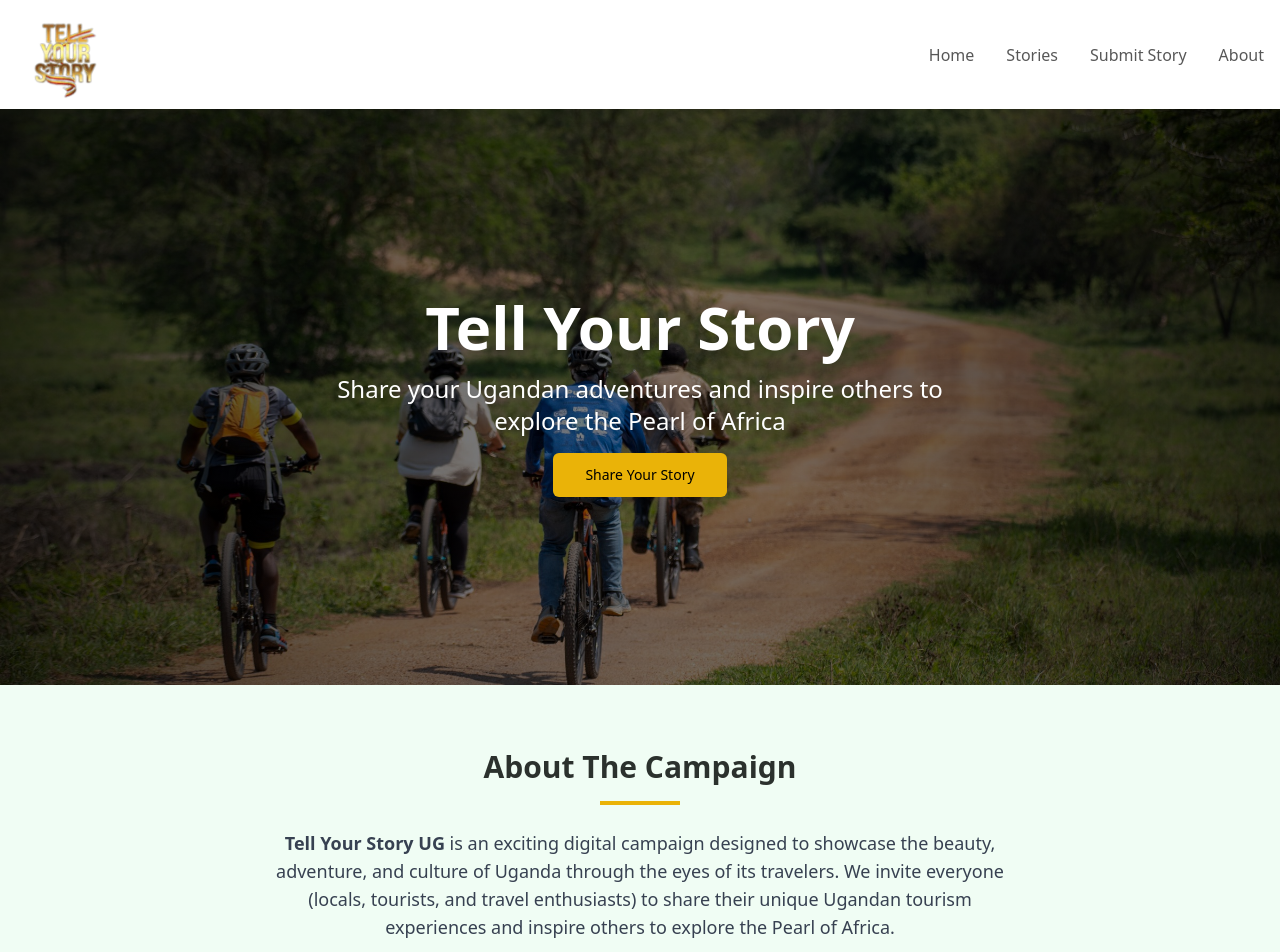
Repository: kaizoku010/take.part
Page: /
The author's editor kept a copy of each file at every save. The page is drawn from the files as they stood at one save, then again after a run of saves.
The browser window is 1280 px wide. The pictures show the part of the page from y = 0 to 952 px (the page is 3588 px tall).
Backgrounds fixed to the window are drawn as part of the page. The project was rebuilt for these pictures with package versions that can differ from the ones it lists, and the page was loaded fresh each time. Also part of the build but not shown: vite.config.ts, src/components/ui/tooltip.tsx, src/pages/About.tsx, src/components/ui/input.tsx, src/pages/Stories.tsx, src/pages/StoryDetail.tsx, src/components/ui/use-toast.ts, src/components/ui/label.tsx and 4 more.

Above is the page before, as saved 2025-04-14 15:40:10.

### index.html

<!DOCTYPE html>
<html lang="en">
  <head>
    <meta charset="UTF-8" />
    <meta name="viewport" content="width=device-width, initial-scale=1.0" />
    <title>TAKE PART</title>
    <meta name="description" content="Share your Ugandan tourism experiences and inspire others to explore the Pearl of Africa" />
    <meta name="author" content="muneza dixon" />

    <meta property="og:title" content="Tell Your Story UG - Explore Uganda" />
    <meta property="og:description" content="Share your Ugandan tourism experiences and inspire others to explore the Pearl of Africa" />

    <!-- Meta Pixel Code -->
    <script>
    !function(f,b,e,v,n,t,s)
    {if(f.fbq)return;n=f.fbq=function(){n.callMethod?
    n.callMethod.apply(n,arguments):n.queue.push(arguments)};
    if(!f._fbq)f._fbq=n;n.push=n;n.loaded=!0;n.version='2.0';
    n.queue=[];t=b.createElement(e);t.async=!0;
    t.src=v;s=b.getElementsByTagName(e)[0];
    s.parentNode.insertBefore(t,s)}(window, document,'script',
    'https://connect.facebook.net/en_US/fbevents.js');
    fbq('init', '1846327909352916');
    fbq('track', 'PageView');
    </script>
    <!-- End Meta Pixel Code -->
  </head>

  <body>
    <div id="root"></div>
    <!-- Facebook Pixel noscript -->
    <noscript><img height="1" width="1" style="display:none"
    src="https://www.facebook.com/tr?id=1846327909352916&ev=PageView&noscript=1"
    /></noscript>
    <!-- IMPORTANT: DO NOT REMOVE THIS SCRIPT TAG OR THIS VERY COMMENT! -->
    <script src="https://cdn.gpteng.co/gptengineer.js" type="module"></script>
    <script type="module" src="/src/main.tsx"></script>
  </body>
</html>

### src/App.tsx

import { Toaster } from "@/components/ui/toaster";
import { Toaster as Sonner } from "@/components/ui/sonner";
import { TooltipProvider } from "@/components/ui/tooltip";
import { QueryClient, QueryClientProvider } from "@tanstack/react-query";
import { BrowserRouter, Routes, Route } from "react-router-dom";
import Home from "./pages/Home";
import About from "./pages/About";
import Stories from "./pages/Stories";
import StoryDetail from "./pages/StoryDetail";
import SubmitStory from "./pages/SubmitStory";
import NotFound from "./pages/NotFound";
import "./mdx.css";
import "./mobile.css"

const queryClient = new QueryClient();

const App = () => (
  <QueryClientProvider client={queryClient}>
    <TooltipProvider>
      <Toaster />
      <Sonner />
      <BrowserRouter>
        <Routes>
          <Route path="/" element={<Home />} />
          <Route path="/about" element={<About />} />
          <Route path="/stories" element={<Stories />} />
          <Route path="/stories/:id" element={<StoryDetail />} />
          <Route path="/submit-story" element={<SubmitStory />} />
          {/* ADD ALL CUSTOM ROUTES ABOVE THE CATCH-ALL "*" ROUTE */}
          <Route path="*" element={<NotFound />} />
        </Routes>
      </BrowserRouter>
    </TooltipProvider>
  </QueryClientProvider>
);

export default App;

### src/index.css
@tailwind base;
@tailwind components;
@tailwind utilities;

@layer base {
  :root {
    --background: 0 0% 100%;
    --foreground: 222.2 84% 4.9%;

    --card: 0 0% 100%;
    --card-foreground: 222.2 84% 4.9%;

    --popover: 0 0% 100%;
    --popover-foreground: 222.2 84% 4.9%;

    /* Main Orange/Gold */
    --primary: 41.81 100% 49.8%;
    --primary-foreground: 210 40% 98%;

    /* Rust Red */
    --secondary: 5.38 63.88% 44.51%;
    --secondary-foreground: 210 40% 98%;

    /* Change accent to Rust Red */
    --accent: 5.38 63.88% 44.51%;
    --accent-foreground: 210 40% 98%;

    --muted: 210 40% 96.1%;
    --muted-foreground: 215.4 16.3% 46.9%;

    --destructive: 0 84.2% 60.2%;
    --destructive-foreground: 210 40% 98%;

    --border: 214.3 31.8% 91.4%;
    --input: 214.3 31.8% 91.4%;
    --ring: 5.38 63.88% 44.51%;  /* Changed to Rust Red */

    --radius: 0.5rem;

    --sidebar-background: 0 0% 98%;

    --sidebar-foreground: 240 5.3% 26.1%;

    --sidebar-primary: 240 5.9% 10%;

    --sidebar-primary-foreground: 0 0% 98%;

    --sidebar-accent: 240 4.8% 95.9%;

    --sidebar-accent-foreground: 240 5.9% 10%;

    --sidebar-border: 220 13% 91%;

    --sidebar-ring: 217.2 91.2% 59.8%;
  }

  .dark {
    --background: 222.2 84% 4.9%;
    --foreground: 210 40% 98%;

    --card: 222.2 84% 4.9%;
    --card-foreground: 210 40% 98%;

    --popover: 222.2 84% 4.9%;
    --popover-foreground: 210 40% 98%;

    /* Main Orange/Gold */
    --primary: 41.81 100% 49.8%;
    --primary-foreground: 210 40% 98%;

    /* Rust Red */
    --secondary: 5.38 63.88% 44.51%;
    --secondary-foreground: 210 40% 98%;

    /* Change accent to Rust Red */
    --accent: 5.38 63.88% 44.51%;
    --accent-foreground: 210 40% 98%;

    --muted: 217.2 32.6% 17.5%;
    --muted-foreground: 215 20.2% 65.1%;

    --destructive: 0 62.8% 30.6%;
    --destructive-foreground: 210 40% 98%;

    --border: 217.2 32.6% 17.5%;
    --input: 217.2 32.6% 17.5%;
    --ring: 5.38 63.88% 44.51%;  /* Changed to Rust Red */
    --sidebar-background: 240 5.9% 10%;
    --sidebar-foreground: 240 4.8% 95.9%;
    --sidebar-primary: 224.3 76.3% 48%;
    --sidebar-primary-foreground: 0 0% 100%;
    --sidebar-accent: 240 3.7% 15.9%;
    --sidebar-accent-foreground: 240 4.8% 95.9%;
    --sidebar-border: 240 3.7% 15.9%;
    --sidebar-ring: 217.2 91.2% 59.8%;
  }
}

@layer base {
  * {
    @apply border-border;
  }

  body {
    @apply bg-background text-foreground;
  }
}

### src/components/ui/toaster.tsx
import { useToast } from "@/hooks/use-toast"
import {
  Toast,
  ToastClose,
  ToastDescription,
  ToastProvider,
  ToastTitle,
  ToastViewport,
} from "@/components/ui/toast"

export function Toaster() {
  const { toasts } = useToast()

  return (
    <ToastProvider>
      {toasts.map(function ({ id, title, description, action, ...props }) {
        return (
          <Toast key={id} {...props}>
            <div className="grid gap-1">
              {title && <ToastTitle>{title}</ToastTitle>}
              {description && (
                <ToastDescription>{description}</ToastDescription>
              )}
            </div>
            {action}
            <ToastClose />
          </Toast>
        )
      })}
      <ToastViewport />
    </ToastProvider>
  )
}

### src/components/ui/sonner.tsx
import { useTheme } from "next-themes"
import { Toaster as Sonner, toast } from "sonner"

type ToasterProps = React.ComponentProps<typeof Sonner>

const Toaster = ({ ...props }: ToasterProps) => {
  const { theme = "system" } = useTheme()

  return (
    <Sonner
      theme={theme as ToasterProps["theme"]}
      className="toaster group"
      toastOptions={{
        classNames: {
          toast:
            "group toast group-[.toaster]:bg-background group-[.toaster]:text-foreground group-[.toaster]:border-border group-[.toaster]:shadow-lg",
          description: "group-[.toast]:text-muted-foreground",
          actionButton:
            "group-[.toast]:bg-primary group-[.toast]:text-primary-foreground",
          cancelButton:
            "group-[.toast]:bg-muted group-[.toast]:text-muted-foreground",
        },
      }}
      {...props}
    />
  )
}

export { Toaster, toast }

### src/mdx.css
/* #hero-text{
    font-size: medium !important;
} */

#logo{
    width: 6rem !important;
}

#link{
    font-weight: 500;
color:rgba(0, 0, 0, 0.658) !important;
}


.bg-green-800{
    background-color: #ba3629 !important;
}

.bg-yellow-800{
    background-color: rgb(254, 177, 0) !important;
}

.bg-green-900 {
    color: rgb(54, 53, 53) !important;
background-color: rgb(185, 183, 183) !important;
}


.text-green-800 {
    --tw-text-opacity: 1;
    color: rgb(43 49 45) !important;
}


.text-gray-hound{
    font-size: small;
    color: rgb(94, 94, 94) !important;
}


#carousel-section{
    padding-top: 5rem;
    padding-bottom: 5rem;
    background-color: #feb100 !important;
}

.bg-background {
    background-color: #212120 !important;
}

#prizes-section{
    height: 40rem !important;
    display: flex;
    padding-left: 10rem;
    background-position: bottom;
    background-attachment: fixed;
    width: 100%;
    background-image: url("../src/media/zebs.jpg");
}


.content-prizes{
display: flex;
/* background-color: red; */
width: 100%;
flex-direction: column;
justify-content: center;
}

.content-prizes-2{
display: flex;
background-color: transparent;
width: 100%;
flex-direction: column;
}

.win-title{

    font-weight: 800;
    font-size: 2rem;
    margin-bottom: 1rem;
    color: white;
}

.prize{
    display: flex;

    /* margin-bottom: 1rem; */
    font-weight: 200;
    /* font-size: 2rem; */
    align-items: center;
    color: white;
}

.prize img{
    width: 2.5rem;
    height: 2rem;
}


.take-part{
    background-color: #feb100;
    color: rgb(54, 52, 52);
    padding: 0.7rem;
    margin-top: 2rem;
    width: 10rem;
    font-weight: bold;
    font-size: small;
    border-radius: 10px;

}

.take-part:hover{
    color: white !important;
background-color: #ba3629 !important;
}

### src/components/ui/button.tsx
import * as React from "react"
import { Slot } from "@radix-ui/react-slot"
import { cva, type VariantProps } from "class-variance-authority"

import { cn } from "@/lib/utils"

const buttonVariants = cva(
  "inline-flex items-center justify-center gap-2 whitespace-nowrap rounded-md text-sm font-medium ring-offset-background transition-colors focus-visible:outline-none focus-visible:ring-2 focus-visible:ring-ring focus-visible:ring-offset-2 disabled:pointer-events-none disabled:opacity-50 [&_svg]:pointer-events-none [&_svg]:size-4 [&_svg]:shrink-0",
  {
    variants: {
      variant: {
        default: "bg-primary text-primary-foreground hover:bg-primary/90",
        destructive:
          "bg-destructive text-destructive-foreground hover:bg-destructive/90",
        outline:
          "border border-input bg-background hover:bg-accent hover:text-accent-foreground",
        secondary:
          "bg-secondary text-secondary-foreground hover:bg-secondary/80",
        ghost: "hover:bg-accent hover:text-accent-foreground",
        link: "text-primary underline-offset-4 hover:underline",
      },
      size: {
        default: "h-10 px-4 py-2",
        sm: "h-9 rounded-md px-3",
        lg: "h-11 rounded-md px-8",
        icon: "h-10 w-10",
      },
    },
    defaultVariants: {
      variant: "default",
      size: "default",
    },
  }
)

export interface ButtonProps
  extends React.ButtonHTMLAttributes<HTMLButtonElement>,
    VariantProps<typeof buttonVariants> {
  asChild?: boolean
}

const Button = React.forwardRef<HTMLButtonElement, ButtonProps>(
  ({ className, variant, size, asChild = false, ...props }, ref) => {
    const Comp = asChild ? Slot : "button"
    return (
      <Comp
        className={cn(buttonVariants({ variant, size, className }))}
        ref={ref}
        {...props}
      />
    )
  }
)
Button.displayName = "Button"

export { Button, buttonVariants }

### src/components/ui/card.tsx
import * as React from "react"

import { cn } from "@/lib/utils"

const Card = React.forwardRef<
  HTMLDivElement,
  React.HTMLAttributes<HTMLDivElement>
>(({ className, ...props }, ref) => (
  <div
    ref={ref}
    className={cn(
      "rounded-lg border bg-card text-card-foreground shadow-sm",
      className
    )}
    {...props}
  />
))
Card.displayName = "Card"

const CardHeader = React.forwardRef<
  HTMLDivElement,
  React.HTMLAttributes<HTMLDivElement>
>(({ className, ...props }, ref) => (
  <div
    ref={ref}
    className={cn("flex flex-col space-y-1.5 p-6", className)}
    {...props}
  />
))
CardHeader.displayName = "CardHeader"

const CardTitle = React.forwardRef<
  HTMLParagraphElement,
  React.HTMLAttributes<HTMLHeadingElement>
>(({ className, ...props }, ref) => (
  <h3
    ref={ref}
    className={cn(
      "text-2xl font-semibold leading-none tracking-tight",
      className
    )}
    {...props}
  />
))
CardTitle.displayName = "CardTitle"

const CardDescription = React.forwardRef<
  HTMLParagraphElement,
  React.HTMLAttributes<HTMLParagraphElement>
>(({ className, ...props }, ref) => (
  <p
    ref={ref}
    className={cn("text-sm text-muted-foreground", className)}
    {...props}
  />
))
CardDescription.displayName = "CardDescription"

const CardContent = React.forwardRef<
  HTMLDivElement,
  React.HTMLAttributes<HTMLDivElement>
>(({ className, ...props }, ref) => (
  <div ref={ref} className={cn("p-6 pt-0", className)} {...props} />
))
CardContent.displayName = "CardContent"

const CardFooter = React.forwardRef<
  HTMLDivElement,
  React.HTMLAttributes<HTMLDivElement>
>(({ className, ...props }, ref) => (
  <div
    ref={ref}
    className={cn("flex items-center p-6 pt-0", className)}
    {...props}
  />
))
CardFooter.displayName = "CardFooter"

export { Card, CardHeader, CardFooter, CardTitle, CardDescription, CardContent }

### src/components/layout/Layout.tsx

import { ReactNode } from "react";
import Header from "./Header";
import Footer from "./Footer";

interface LayoutProps {
  children: ReactNode;
}

const Layout = ({ children }: LayoutProps) => {
  return (
    <div className="flex flex-col min-h-screen">
      <Header />
      <main className="flex-grow">
        {children}
      </main>
      <Footer />
    </div>
  );
};

export default Layout;

### src/components/layout/Header.tsx

import { useState } from "react";
import { Menu, X } from "lucide-react";
import { Link } from "react-router-dom";
import Logo from "../../media/logo.png";

const Header = () => {
  const [isMenuOpen, setIsMenuOpen] = useState(false);

  const toggleMenu = () => {
    setIsMenuOpen(!isMenuOpen);
  };

  return (
    <header className="text-white shadow-md">
      <div className="container mx-auto px-4">
        <div className="flex justify-between items-center">
          <Link to="/" className="text-2xl font-bold flex items-center gap-2">
            <img id="logo" src={Logo} alt="Logo" />
            {/* <span className="text-white">Tell Your Story</span> */}
          </Link>

          {/* Desktop Navigation */}
          <nav className="hidden md:flex space-x-8">
            <Link to="/" id="link" className="hover:text-yellow-400 transition-colors">Home</Link>
            <Link to="/stories" id="link" className="hover:text-yellow-400 transition-colors">Stories</Link>
            <Link to="/submit-story" id="link" className="hover:text-yellow-400 transition-colors">Submit Story</Link>
            <Link to="/about" id="link" className="hover:text-yellow-400 transition-colors">About</Link>
          </nav>

          {/* Mobile Menu Button */}
          <button
            onClick={toggleMenu}
            className="md:hidden text-white focus:outline-none"
          >
            {isMenuOpen ? <X size={24} /> : <Menu size={24} />}
          </button>
        </div>

        {/* Mobile Navigation */}
        {isMenuOpen && (
          <nav className="md:hidden pt-4 pb-2">
            <div className="flex flex-col space-y-3">
              <Link
                to="/"
                id="link"
                className="hover:text-yellow-400 transition-colors py-2"
                onClick={() => setIsMenuOpen(false)}
              >
                Home
              </Link>
              <Link
                to="/stories"
                id="link"
                className="hover:text-yellow-400 transition-colors py-2"
                onClick={() => setIsMenuOpen(false)}
              >
                Stories
              </Link>
              <Link
                to="/submit-story"
                id="link"
                className="hover:text-yellow-400 transition-colors py-2"
                onClick={() => setIsMenuOpen(false)}
              >
                Submit Story
              </Link>
              <Link
                to="/about"
                id="link"
                className="hover:text-yellow-400 transition-colors py-2"
                onClick={() => setIsMenuOpen(false)}
              >
                About
              </Link>
            </div>
          </nav>
        )}
      </div>
    </header>
  );
};

export default Header;

### src/components/layout/Footer.tsx

import { Facebook, Instagram, Twitter } from "lucide-react";
import { Link } from "react-router-dom";

const Footer = () => {
  return (
    <footer className="bg-green-900 text-white py-8">
      <div className="container mx-auto px-4">
        <div className="grid grid-cols-1 md:grid-cols-3 gap-8">
          <div>
            <h3 className="text-xl font-bold mb-4">Tell Your Story UG</h3>
            <p className="text-gray-300 text-gray-hound">
            Tell Your Story UG is an exciting digital campaign designed to showcase the beauty, adventure, and culture of Uganda through the eyes of its travelers. We invite everyone (locals, tourists, and travel enthusiasts) to share their unique Ugandan tourism experiences and inspire others to explore the Pearl of Africa.
                        </p>
          </div>

          <div>
            <h3 className="text-xl font-bold mb-4">Quick Links</h3>
            <ul className="space-y-2">
              <li><Link to="/" className="text-gray-hound text-gray-300 hover:text-yellow-400 transition-colors">Home</Link></li>
              <li><Link to="/stories" className="text-gray-hound text-gray-300 hover:text-yellow-400 transition-colors">Stories</Link></li>
              <li><Link to="/submit-story" className="text-gray-hound text-gray-300 hover:text-yellow-400 transition-colors">Submit Story</Link></li>
              <li><Link to="/about" className="text-gray-hound text-gray-300 hover:text-yellow-400 transition-colors">About</Link></li>
            </ul>
          </div>

          <div>
            <h3 className="text-xl font-bold mb-4">Connect With Us</h3>
            <div className="flex space-x-4">
              <a href="https://facebook.com" target="_blank" rel="noopener noreferrer" className="hover:text-yellow-400 transition-colors">
                <Facebook size={24} />
              </a>
              <a href="https://twitter.com" target="_blank" rel="noopener noreferrer" className="hover:text-yellow-400 transition-colors">
                <Twitter size={24} />
              </a>
              <a href="https://instagram.com" target="_blank" rel="noopener noreferrer" className="hover:text-yellow-400 transition-colors">
                <Instagram size={24} />
              </a>
            </div>
            <p className="mt-4 text-gray-300 text-gray-hound">
              Email: <a href="mailto:info@tellyourstoryug.com" className="text-gray-hound hover:text-yellow-400 transition-colors">info@tellyourstoryug.com</a>
            </p>
          </div>
        </div>

        <div className="mt-8 pt-4 border-t border-green-800 text-center text-gray-300 text-gray-hound">
          <p>&copy; {new Date().getFullYear()} Tell Your Story UG. All rights reserved.</p>
        </div>
      </div>
    </footer>
  );
};

export default Footer;

### tailwind.config.ts
import type { Config } from "tailwindcss";

export default {
	darkMode: ["class"],
	content: [
		"./pages/**/*.{ts,tsx}",
		"./components/**/*.{ts,tsx}",
		"./app/**/*.{ts,tsx}",
		"./src/**/*.{ts,tsx}",
	],
	prefix: "",
	theme: {
		container: {
			center: true,
			padding: '2rem',
			screens: {
				'2xl': '1400px'
			}
		},
		extend: {
			colors: {
				main: 'hsl(41.81, 100%, 49.8%)',    // Orange/Gold
				accent: 'hsl(5.38, 63.88%, 44.51%)', // Rust Red
				border: 'hsl(var(--border))',
				input: 'hsl(var(--input))',
				ring: 'hsl(var(--ring))',
				background: 'hsl(var(--background))',
				foreground: 'hsl(var(--foreground))',
				primary: {
					DEFAULT: 'hsl(var(--primary))',
					foreground: 'hsl(var(--primary-foreground))'
				},
				secondary: {
					DEFAULT: 'hsl(var(--secondary))',
					foreground: 'hsl(var(--secondary-foreground))'
				},
				destructive: {
					DEFAULT: 'hsl(var(--destructive))',
					foreground: 'hsl(var(--destructive-foreground))'
				},
				muted: {
					DEFAULT: 'hsl(var(--muted))',
					foreground: 'hsl(var(--muted-foreground))'
				},
				// accent: {
				// 	DEFAULT: 'hsl(var(--accent))',
				// 	foreground: 'hsl(var(--accent-foreground))'
				// },
				popover: {
					DEFAULT: 'hsl(var(--popover))',
					foreground: 'hsl(var(--popover-foreground))'
				},
				card: {
					DEFAULT: 'hsl(var(--card))',
					foreground: 'hsl(var(--card-foreground))'
				},
				sidebar: {
					DEFAULT: 'hsl(var(--sidebar-background))',
					foreground: 'hsl(var(--sidebar-foreground))',
					primary: 'hsl(var(--sidebar-primary))',
					'primary-foreground': 'hsl(var(--sidebar-primary-foreground))',
					accent: 'hsl(var(--sidebar-accent))',
					'accent-foreground': 'hsl(var(--sidebar-accent-foreground))',
					border: 'hsl(var(--sidebar-border))',
					ring: 'hsl(var(--sidebar-ring))'
				}
			},
			borderRadius: {
				lg: 'var(--radius)',
				md: 'calc(var(--radius) - 2px)',
				sm: 'calc(var(--radius) - 4px)'
			},
			keyframes: {
				'accordion-down': {
					from: {
						height: '0'
					},
					to: {
						height: 'var(--radix-accordion-content-height)'
					}
				},
				'accordion-up': {
					from: {
						height: 'var(--radix-accordion-content-height)'
					},
					to: {
						height: '0'
					}
				}
			},
			animation: {
				'accordion-down': 'accordion-down 0.2s ease-out',
				'accordion-up': 'accordion-up 0.2s ease-out'
			}
		}
	},
	plugins: [require("tailwindcss-animate")],
} satisfies Config;

Loaded but not shown: src/main.tsx (common file); src/hooks/use-toast.ts (common file); src/lib/utils.ts (common file); src/pages/Home.tsx (265 lines, source omitted); src/components/ui/carousel.tsx (260 lines, source omitted); src/components/ui/toast.tsx (127 lines, source omitted); src/mobile.css (no copy from this time; the picture is the same without it)

After the next 3 saves:
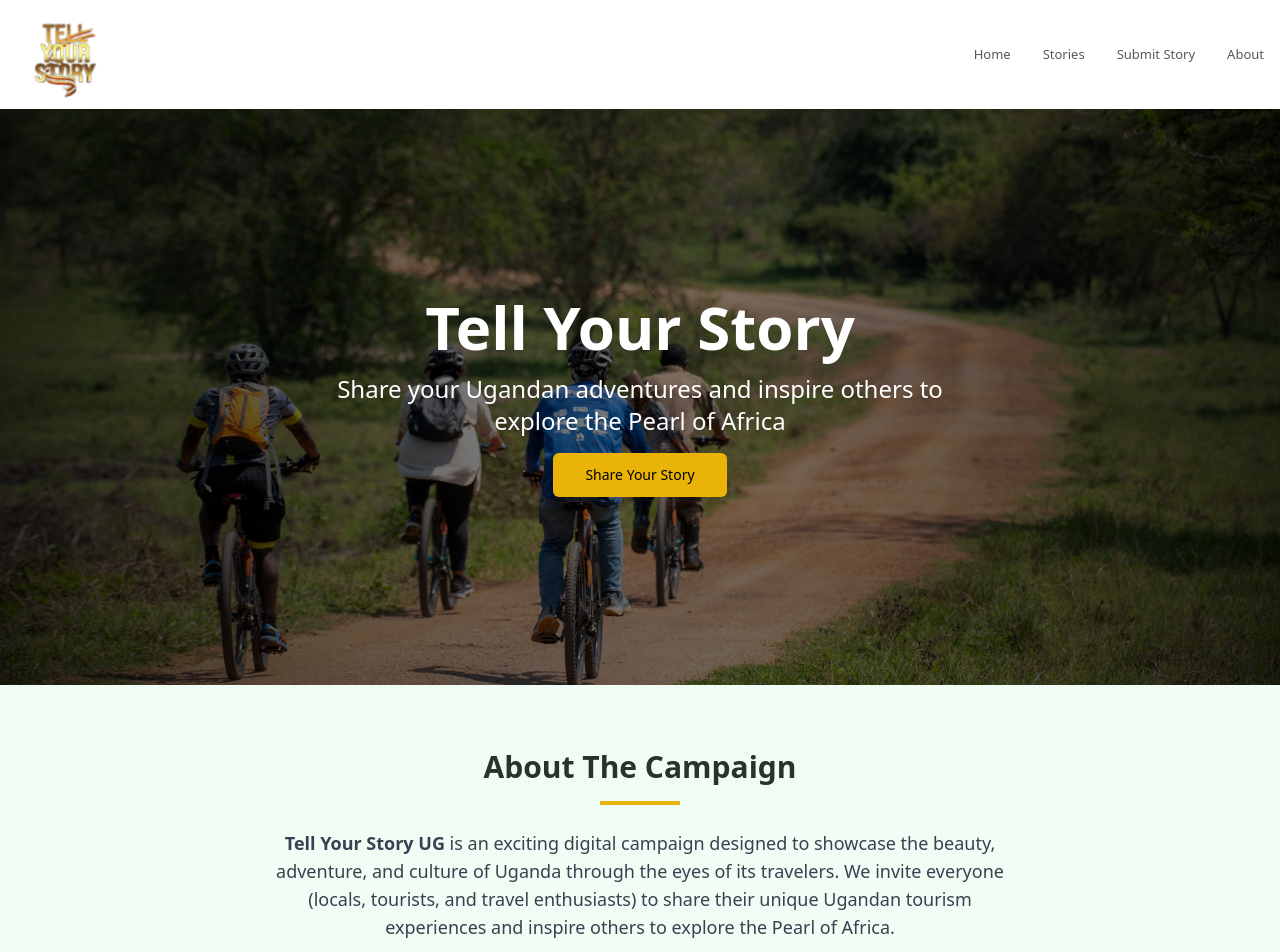
The 3 saves are shown as one change because they came seconds apart.
The last was saved 48 s later.
--- a/src/mdx.css
+++ b/src/mdx.css
@@ -7,6 +7,7 @@
 }
 
 #link{
+    font-size: small; !important;
     font-weight: 500;
 color:rgba(0, 0, 0, 0.658) !important;
 }
